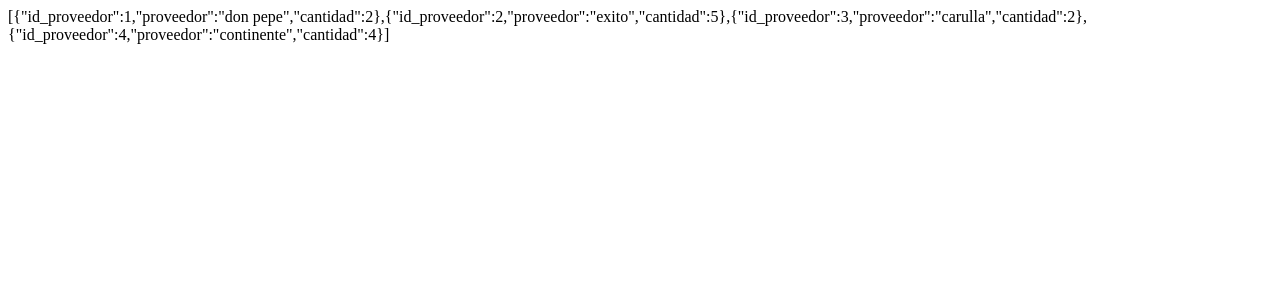
Repository: zayro/php_crud_angularjs_material
Page: http://localhost/backend/report1.php
The author's editor kept a copy of each file at every save. The page is drawn from the files as they stood at one save, then again after the next save.
The browser window is 1280 px wide. The pictures show the whole page.
The page is run by PHP 8.4 with error messages shown; the project is at /var/www/html/. The database holds what the project's SQL file puts in it.

Above is the page before, as saved 2017-05-05 10:29:39.

After the next save:
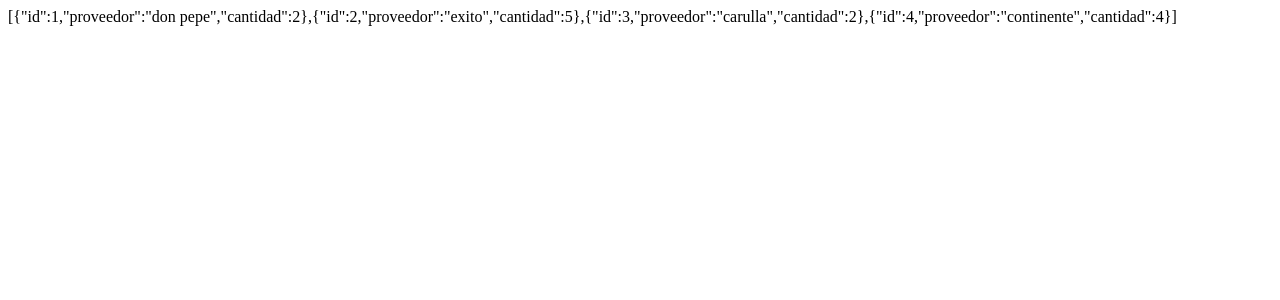
Saved 25 s later.
--- a/backend/report1.php
+++ b/backend/report1.php
@@ -8,7 +8,7 @@ $conexion = new Conexion();
 extract($_REQUEST);
 
 $sql = "SELECT
-bodega.id_proveedor,
+bodega.id_proveedor as id,
 proveedor.nombre AS proveedor,
 COUNT(bodega.cantidad) as cantidad
 FROM
